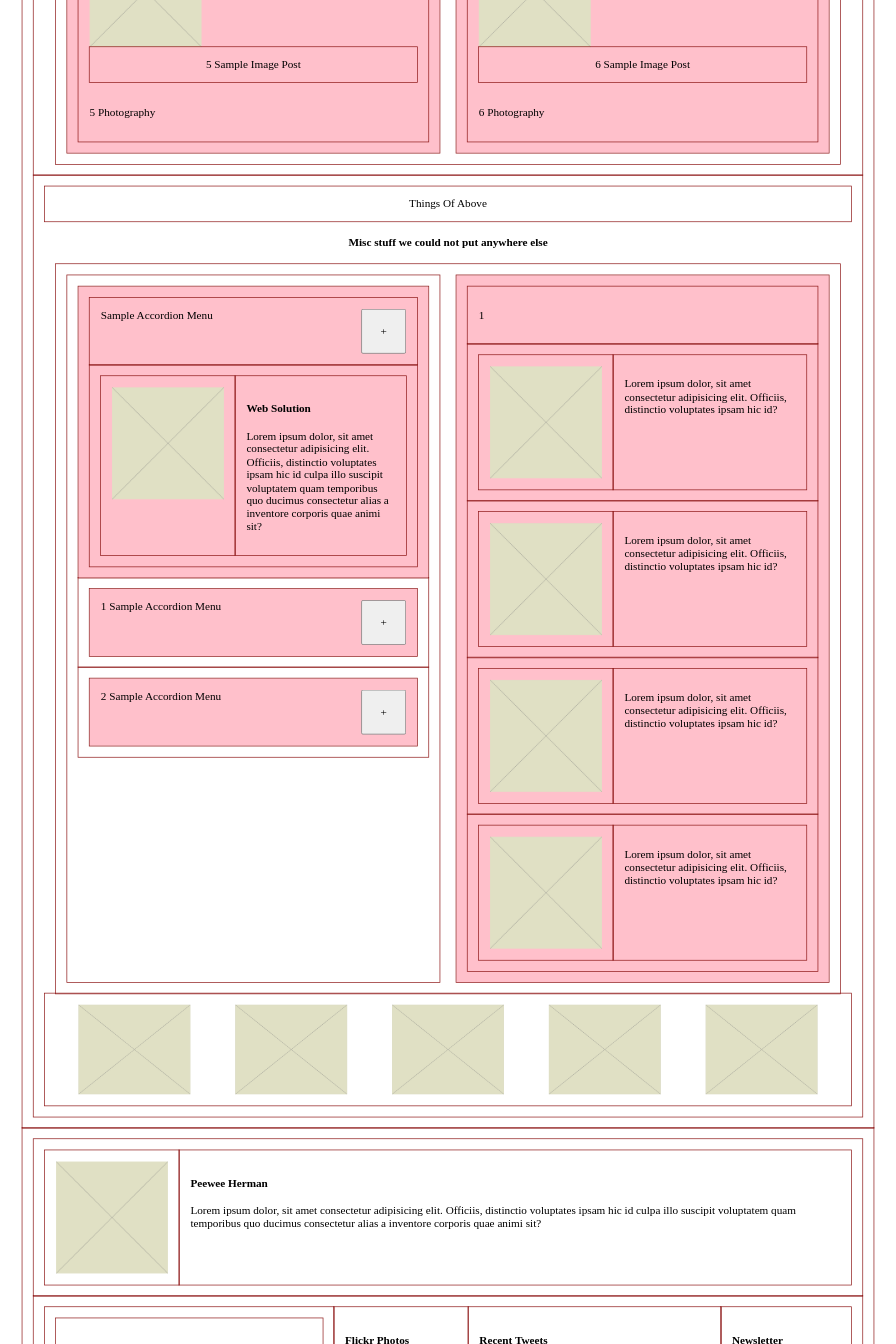
Repository: kionale/Project1_Lab3_ResponsiveLayout
Page: index.html
These files come from the project's save history. The page is drawn as it stood at one moment and after a run of saves; the edit follows.
The browser window is 1280 px wide. The pictures show the part of the page from y = 3526 to 5446 px (the page is 6789 px tall), at 70% of full size.

Above is the page before, as saved 2023-01-31 17:07:19.

After the next 2 saves:
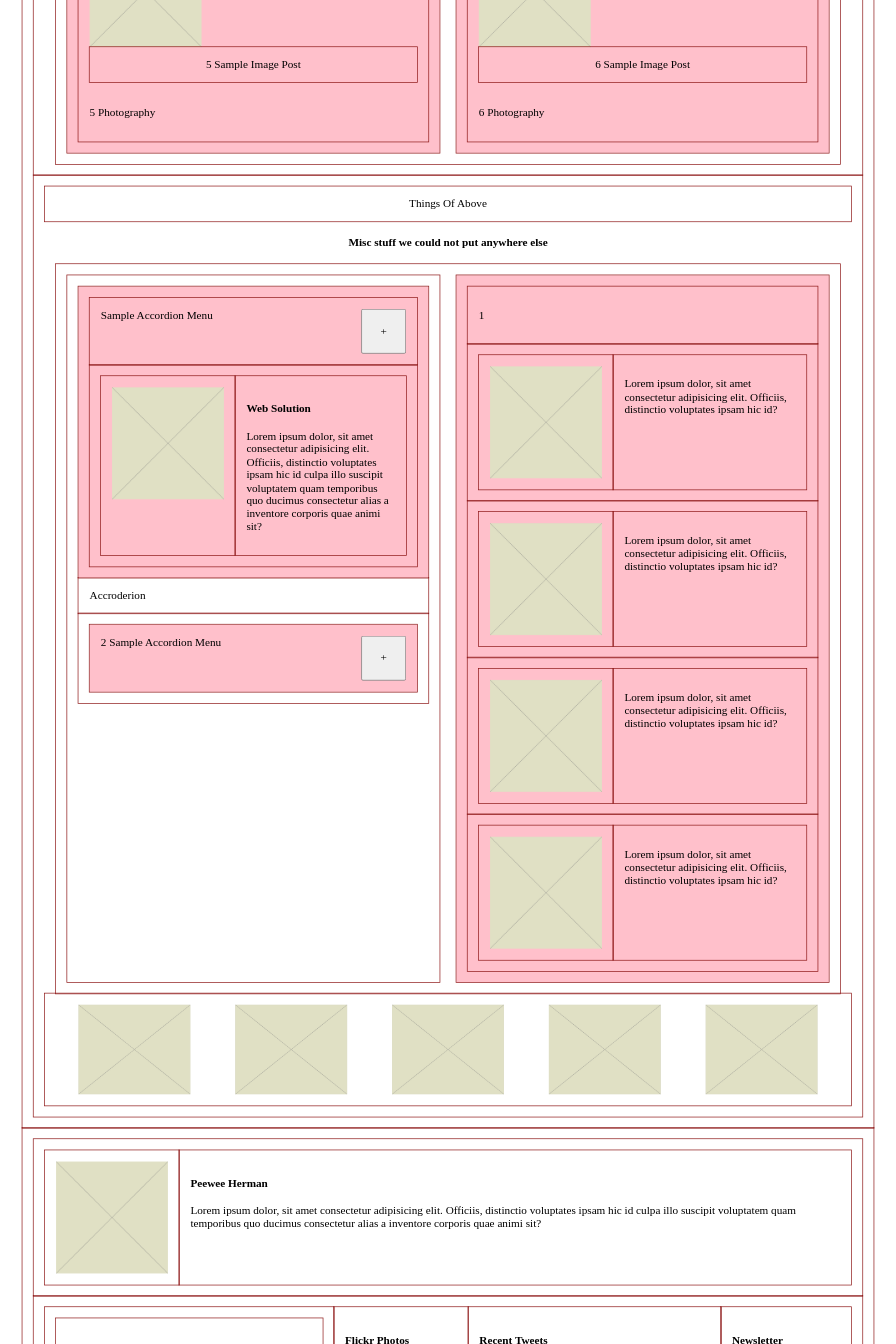
The 2 saves are shown as one change because they came seconds apart.
The last was saved 39 s later.
--- a/index.html
+++ b/index.html
@@ -218,9 +218,7 @@
             </div>
           </div>
           <div class="menu__button">
-            <div class="col_two sample__menu things__above__image">1 Sample Accordion Menu
-              <button>+</button>
-            </div>
+            Accroderion
           </div>
           <div class="menu__button">
             <div class="col_two sample__menu things__above__image">2 Sample Accordion Menu
@@ -230,7 +228,7 @@
         </div>
         <div class="col">
           <div class="tab__buttons">
-           <p>1</p>
+            <p>1</p>
           </div>
           <div class="tab__information">
             <div>

After the save that followed:
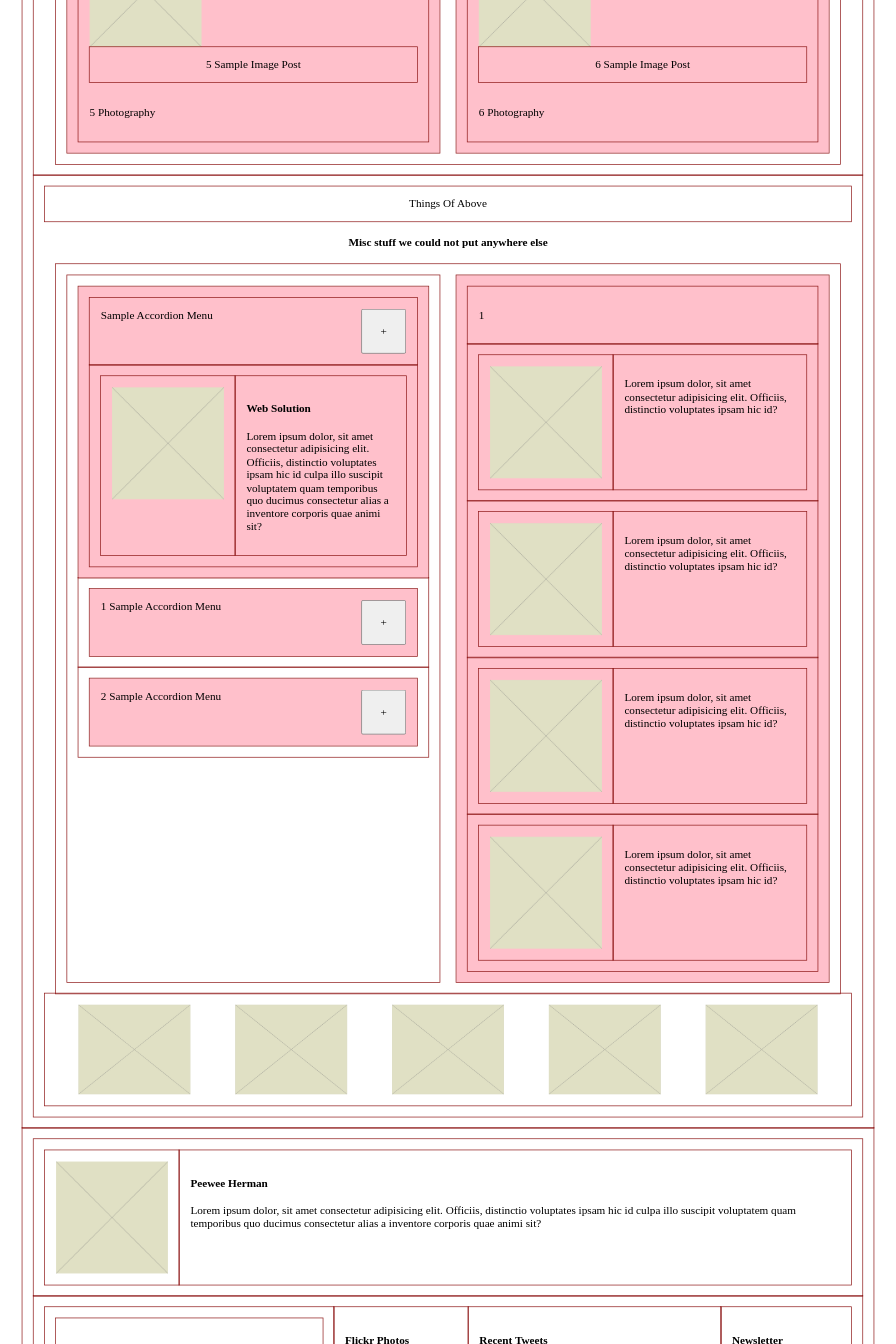
Saved 4 s later.
--- a/index.html
+++ b/index.html
@@ -218,7 +218,9 @@
             </div>
           </div>
           <div class="menu__button">
-            Accroderion
+            <div class="col_two sample__menu things__above__image">1 Sample Accordion Menu
+              <button>+</button>
+            </div>
           </div>
           <div class="menu__button">
             <div class="col_two sample__menu things__above__image">2 Sample Accordion Menu
@@ -228,7 +230,7 @@
         </div>
         <div class="col">
           <div class="tab__buttons">
-            <p>1</p>
+           <p>1</p>
           </div>
           <div class="tab__information">
             <div>
